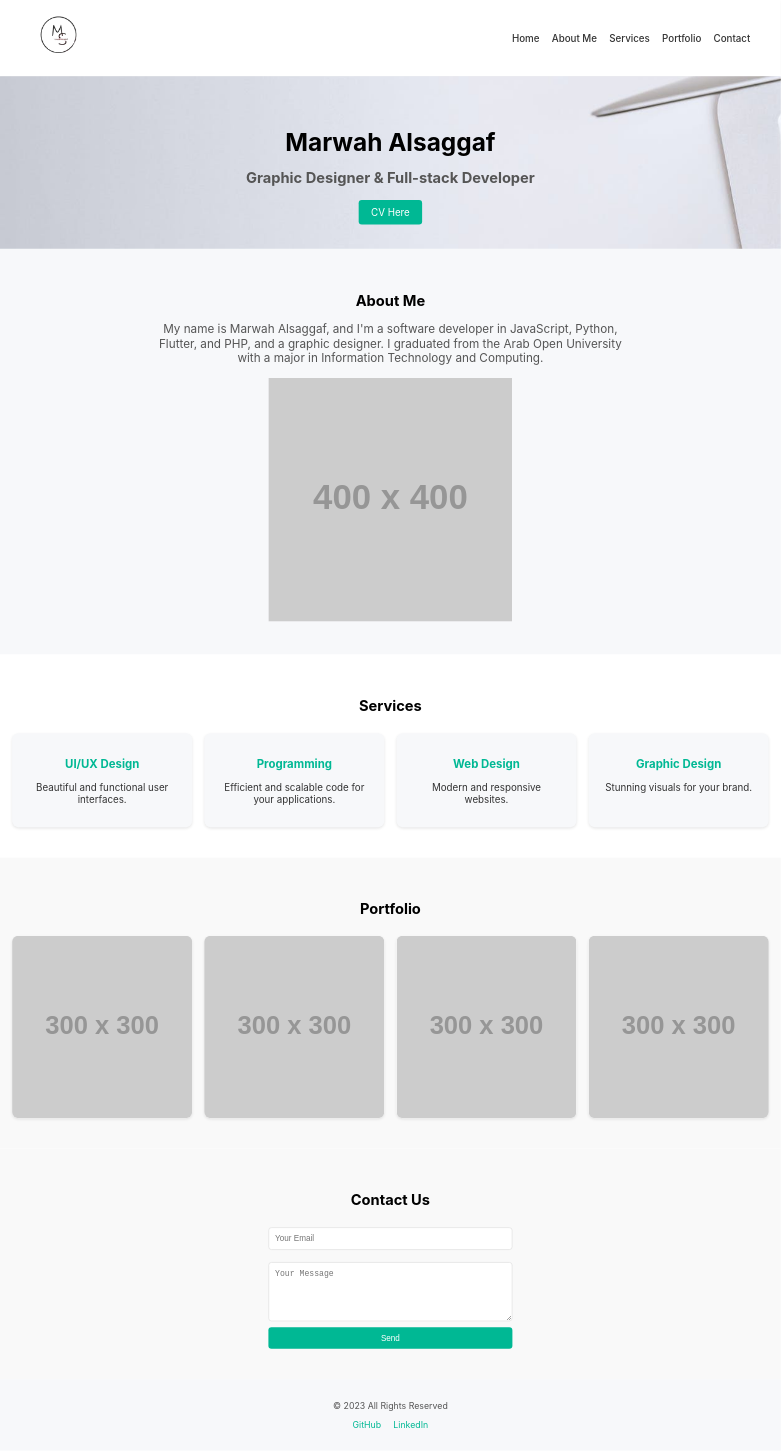
Repository: MEROO1010/Portfolio_00
Page: /services (app in portfolio_00/)
These files come from the project's save history. The page is drawn as it stood at one moment and after the next save; the edit follows.
The browser window is 1280 px wide. The pictures show the whole page, at 61% of full size.
The project was rebuilt for these pictures with package versions that can differ from the ones it lists, and the page was loaded fresh each time.

Above is the page before, as saved 2024-11-24 11:27:13.

After the next save:
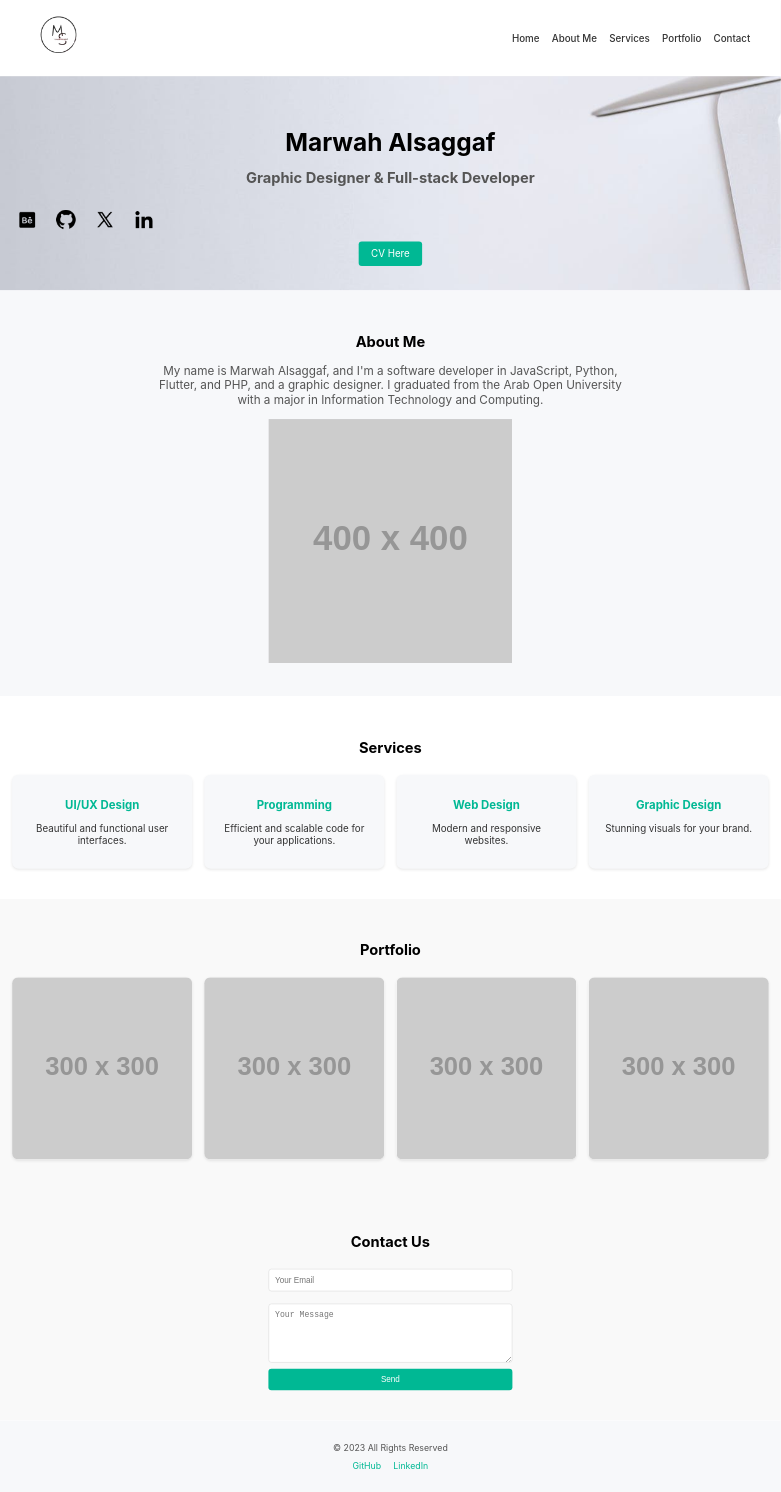
Saved 75 s later.
--- a/portfolio_00/src/components/Hero.jsx
+++ b/portfolio_00/src/components/Hero.jsx
@@ -1,6 +1,10 @@
 import React from 'react';
 import styled from 'styled-components';
-import BG from "../assets/BG_HomePage.png"
+import BG from "../assets/BG_HomePage.png";
+import Behance from "../assets/Behance.png";
+import Github from "../assets/GitHub.png";
+import X from "../assets/X.png";
+import LinkedIn from "../assets/LinkedIn.png";
 
 const HeroSection = styled.section`
   text-align: center;
@@ -29,11 +33,52 @@ const CVButton = styled.a`
   }
 `;
 
+const SocialLinks = styled.div`
+  display: flex;
+  gap: 1em;
+  margin-bottom: 20px;
+  margin-right:800px;
+`;
+
+const SocialLink = styled.a`
+  display: flex;
+  align-items: center;
+  justify-content: center;
+  width: 3em;
+  height: 3em;
+
+
+
+  color: #000;
+  text-decoration: none;
+
+  &:hover {
+    background-color: #ddd;
+    border-radius: 50%;
+    box-shadow: 0 2px 4px rgba(0, 0, 0, 0.1);
+  }
+`;
+
+
 export default function Hero() {
   return (
     <HeroSection>
       <Title>Marwah Alsaggaf</Title>
       <Subtitle>Graphic Designer & Full-stack Developer</Subtitle>
+      <SocialLinks>
+        <SocialLink href="https://www.behance.net/merooalsaggaf" target="_blank">
+          <span><img src={Behance} alt=""/></span>
+        </SocialLink>
+        <SocialLink href="https://github.com/MEROO1010" target="_blank">
+          <span><img src={Github} alt=""/></span>
+        </SocialLink>
+        <SocialLink href="https://x.com/meroo_alsaggaf" target="_blank">
+          <span><img src={X} alt=""/></span>
+        </SocialLink>
+        <SocialLink href="https://www.linkedin.com/in/marwah-alsaggaf-ba44011b2/" target="_blank">
+          <span><img src={LinkedIn} alt=""/></span>
+        </SocialLink>
+      </SocialLinks>
       <CVButton href="#">CV Here</CVButton>
     </HeroSection>
   );
